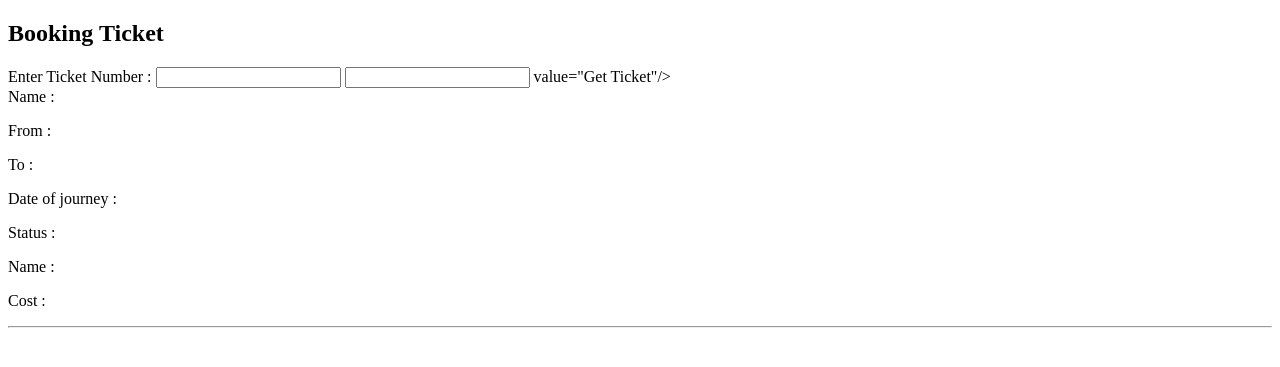
Repository: patelswagat215/REST-APIs
Page: http://localhost/ticket-form
These files come from the project's save history. The page is drawn as it stood at one moment and after the next save; the edit follows.
The browser window is 1280 px wide. The pictures show the whole page.
The page is this project's Thymeleaf template; nobody is signed in. The template is opened directly, without the code that normally fills it, so the values that code supplies are empty.

Above is the page before, as saved 2025-03-22 11:50:49.

### REST_API_MakeMyTrip/src/main/resources/templates/ticket-form.html
<!DOCTYPE html>
<html xmlns:th="www.thymeleaf.org">

<head>
	<meta charset="ISO-8859-1">
	<title>Ticket Booking Details</title>
</head>

<body>
	<h2>Booking Ticket</h2>

		<form th:action="@{/get-ticket}">

		Enter Ticket Number : <input type="text" name="ticketNum" />
		<input tytpe="submit"> value="Get Ticket"/>

	</form>

	Name :
	<p th:text="${ticket.name}" />
	From :
	<p th:text="${ticket.from}" />
	To :
	<p th:text="${ticket.to}" />
	Date of journey :
	<p th:text="${ticket.doj}" />
	Status :
	<p th:text="${ticket.ticketStatus}" />
	Name :
	<p th:text="${ticket.name}" />
	Cost :
	<p th:text="${ticket.ticketCost}" />

	<hr />
</body>

</html>

After the next save:
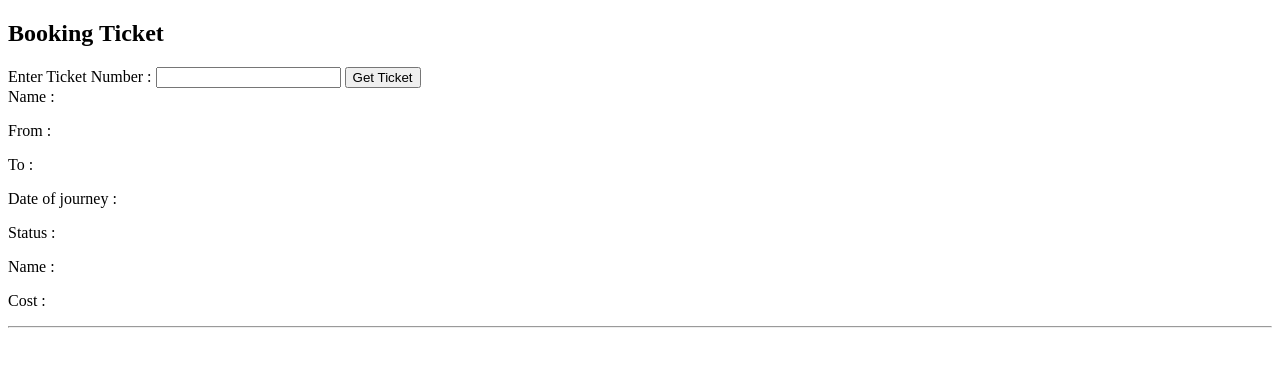
Saved 2 min 21 s later.
--- a/REST_API_MakeMyTrip/src/main/resources/templates/ticket-form.html
+++ b/REST_API_MakeMyTrip/src/main/resources/templates/ticket-form.html
@@ -12,7 +12,8 @@
 		<form th:action="@{/get-ticket}">
 
 		Enter Ticket Number : <input type="text" name="ticketNum" />
-		<input tytpe="submit"> value="Get Ticket"/>
+		<input type="submit" value="Get Ticket"/>
+
 
 	</form>
 
